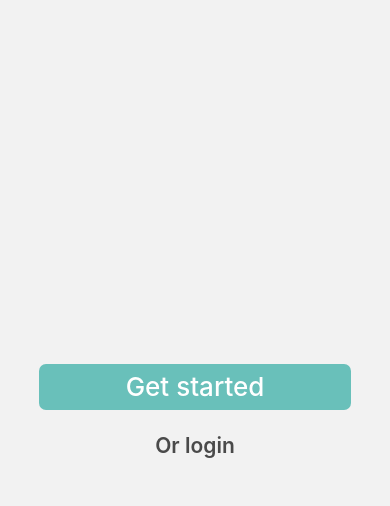
Repository: pheonixlegend/keleya
Screen: /Sign Up
These files come from the project's save history. The screen is drawn as it stood at one moment and after the next save; the edit follows.
The pictures show rows 338 to 844 of an output 844 px tall.
The app was drawn by React Native's web renderer in a window 390 px wide. The project was rebuilt for these pictures with package versions that can differ from the ones it lists, and the page was loaded fresh each time.

Above is the screen before, as saved 2021-09-30 16:02:38.

### App.tsx
import { StatusBar } from 'expo-status-bar';
import React from 'react';
import { StyleSheet, Text, View } from 'react-native';
import Home from './screens/Home';
import { NavigationContainer } from '@react-navigation/native';
import AppStack from './routes/AppStack';

export default function App() {
  return (
    <NavigationContainer>
      <AppStack />
    </NavigationContainer>
  );
}

const styles = StyleSheet.create({
  container: {
    flex: 1,
    backgroundColor: '#fff',
    alignItems: 'center',
    justifyContent: 'center',
  },
});

### routes/AppStack.tsx
import { createStackNavigator } from '@react-navigation/stack';
import { Image } from 'react-native';
import Home from '../screens/Home';
import ImageHeader from '../components/ImageHeader';
import SignUp from '../screens/SignUp';
import React from 'react';

const Stack = createStackNavigator();
    const appStack = () => {
        return (
            <Stack.Navigator
                screenOptions={{
                headerShown: false,
                headerTransparent: true,
                headerStyle: {
                    position: 'absolute',
                    top: 0,
                    left: 0
                  },
                  headerBackTitleStyle: {
                      opacity: 0,
                  },
                  headerTintColor: '#fff'
                }}
            >
                <Stack.Screen name="Home" component={Home} />
                <Stack.Screen
                    name="Sign Up"
                    component={SignUp}
                    />
            </Stack.Navigator>
        )
    }
export default appStack

### screens/Home.tsx
import { StatusBar } from 'expo-status-bar';
import React from 'react';
import { StyleSheet, Text, View, Button, Image, SafeAreaView, ImageBackground, TouchableOpacity } from 'react-native';
import { Global } from '../styles/Global'

const Home = ({navigation}: {navigation: any}) => {
  const pressHandler = () => {
    navigation.push("Sign Up")
  }

  return (
    <ImageBackground source={require('../assets/images/first-intro-image.png')} style={styles.backgroundImage} >

    <SafeAreaView style={Global.container}>
      <StatusBar backgroundColor={'transparent'} translucent/>

      <View style={styles.imageContainer}>
        <Image source={require('../assets/images/keleya-logo.png')} style={styles.image} resizeMode="contain" />
      </View>

      <View style={styles.centeredView}>
        <Text style={styles.subText}>For a fit and relaxed pregnancy</Text>
      </View>

      <View style={styles.buttonContainer}>
      <TouchableOpacity style={styles.customBtnBGBottom} onPress={pressHandler}>
        <Text style={styles.customBtnTextBottom}>Get started</Text>
      </TouchableOpacity>


      <TouchableOpacity style={styles.customBtnBGBottom2} onPress={pressHandler}>
        <Text style={styles.customBtnTextBottom2}>Or login</Text>
      </TouchableOpacity>
      </View>
    </SafeAreaView>

    </ImageBackground>
  )
}

const styles = StyleSheet.create({
  imageContainer: {
    justifyContent: 'center',
    alignItems: 'center',
    height: '20%'
  },

  backgroundImage: {
    flex: 1,
    width: undefined,
    height: undefined,
    resizeMode: 'cover'
  },

  centeredView: {
    justifyContent: 'center',
    alignItems: 'center'
  },

  image: {
    width: '23%',
    height: '100%'
  },

  subText: {
    textAlign: 'center',
    fontSize: 24,
    fontWeight: "500",
    marginTop: '-3%',
    width: '53%',
    color: "#4a4a4a"
  },

  buttonContainer: {
    flex: 1,
    alignItems: 'center',
    height: '12.4%',
  },

  customBtnBGBottom: {
    backgroundColor: "#69c0ba",
    borderRadius: 7,
    width: '85%',
    height: '6.2%',
    position: 'absolute',
    bottom: 0,
    marginBottom: '23%',
    justifyContent: 'center',
    alignItems: 'center',
  },

  customBtnBGBottom2: {
    backgroundColor: "transparent",
    borderRadius: 7,
    width: '85%',
    position: 'absolute',
    bottom: 0,
    marginBottom: '10%',
    justifyContent: 'center',
    alignItems: 'center',
  },

  customBtnTextBottom: {
    fontSize: 26,
    fontWeight: "500",
    color: "#fff",
    textAlign: "center"
  },

  customBtnTextBottom2: {
    fontSize: 21,
    fontWeight: "600",
    color: "#4a4a4a",
    textAlign: "center"
  }

});

export default Home

### screens/SignUp.tsx
import { StatusBar } from 'expo-status-bar';
import React from 'react';
import { StyleSheet, Text, View, Button, Image, SafeAreaView, ImageBackground, TouchableOpacity } from 'react-native';
import { Global } from '../styles/Global'

const SignUp = ({navigation}: {navigation: any}) => {
  const pressHandler = () => {
    navigation.push("Home")
  }

 return (
    <ImageBackground source={require('../assets/images/authentication-background-image.jpg')} style={styles.backgroundImage} >

    <SafeAreaView style={Global.container}>
      <StatusBar backgroundColor={'transparent'} translucent/>

      <View style={styles.centeredView}>
        <Text style={styles.subText}>For a fit and relaxed pregnancy</Text>
      </View>

      <View style={styles.buttonContainer}>
      <TouchableOpacity style={styles.customBtnBGBottom} onPress={pressHandler}>
        <Text style={styles.customBtnTextBottom}>Get started</Text>
      </TouchableOpacity>


      <TouchableOpacity style={styles.customBtnBGBottom2} onPress={pressHandler}>
        <Text style={styles.customBtnTextBottom2}>Or login</Text>
      </TouchableOpacity>
      </View>
    </SafeAreaView>

    </ImageBackground>
  )
}

const styles = StyleSheet.create({
  imageContainer: {
    justifyContent: 'center',
    alignItems: 'center',
    height: '20%'
  },

  backgroundImage: {
    flex: 1,
    width: undefined,
    height: '40%',
    resizeMode: 'cover'
  },

  centeredView: {
    justifyContent: 'center',
    alignItems: 'center'
  },

  image: {
    width: '23%',
    height: '100%'
  },

  subText: {
    textAlign: 'center',
    fontSize: 24,
    fontWeight: "500",
    marginTop: '-3%',
    width: '53%',
    color: "#4a4a4a"
  },

  buttonContainer: {
    flex: 1,
    alignItems: 'center',
    height: '12.4%',
  },

  customBtnBGBottom: {
    backgroundColor: "#69c0ba",
    borderRadius: 7,
    width: '85%',
    height: '6.2%',
    position: 'absolute',
    bottom: 0,
    marginBottom: '23%',
    justifyContent: 'center',
    alignItems: 'center',
  },

  customBtnBGBottom2: {
    backgroundColor: "transparent",
    borderRadius: 7,
    width: '85%',
    position: 'absolute',
    bottom: 0,
    marginBottom: '10%',
    justifyContent: 'center',
    alignItems: 'center',
  },

  customBtnTextBottom: {
    fontSize: 26,
    fontWeight: "500",
    color: "#fff",
    textAlign: "center"
  },

  customBtnTextBottom2: {
    fontSize: 21,
    fontWeight: "600",
    color: "#4a4a4a",
    textAlign: "center"
  }

});

export default SignUp

### styles/Global.tsx
import { StyleSheet } from 'react-native';

export const Global = StyleSheet.create({
    container: {
        flex: 1,
        backgroundColor: 'transparent',
        margin: '3%'
    }
})

After the next save:
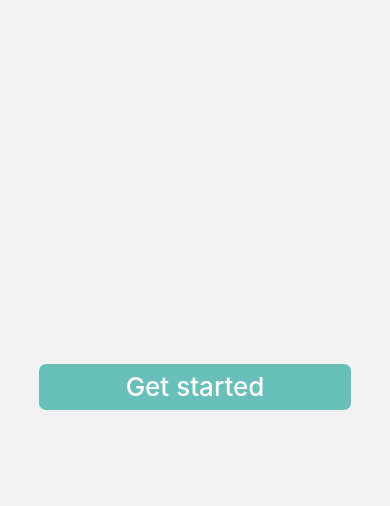
Saved 46 s later.
--- a/screens/SignUp.tsx
+++ b/screens/SignUp.tsx
@@ -21,11 +21,6 @@ const SignUp = ({navigation}: {navigation: any}) => {
       <View style={styles.buttonContainer}>
       <TouchableOpacity style={styles.customBtnBGBottom} onPress={pressHandler}>
         <Text style={styles.customBtnTextBottom}>Get started</Text>
-      </TouchableOpacity>
-
-
-      <TouchableOpacity style={styles.customBtnBGBottom2} onPress={pressHandler}>
-        <Text style={styles.customBtnTextBottom2}>Or login</Text>
       </TouchableOpacity>
       </View>
     </SafeAreaView>
